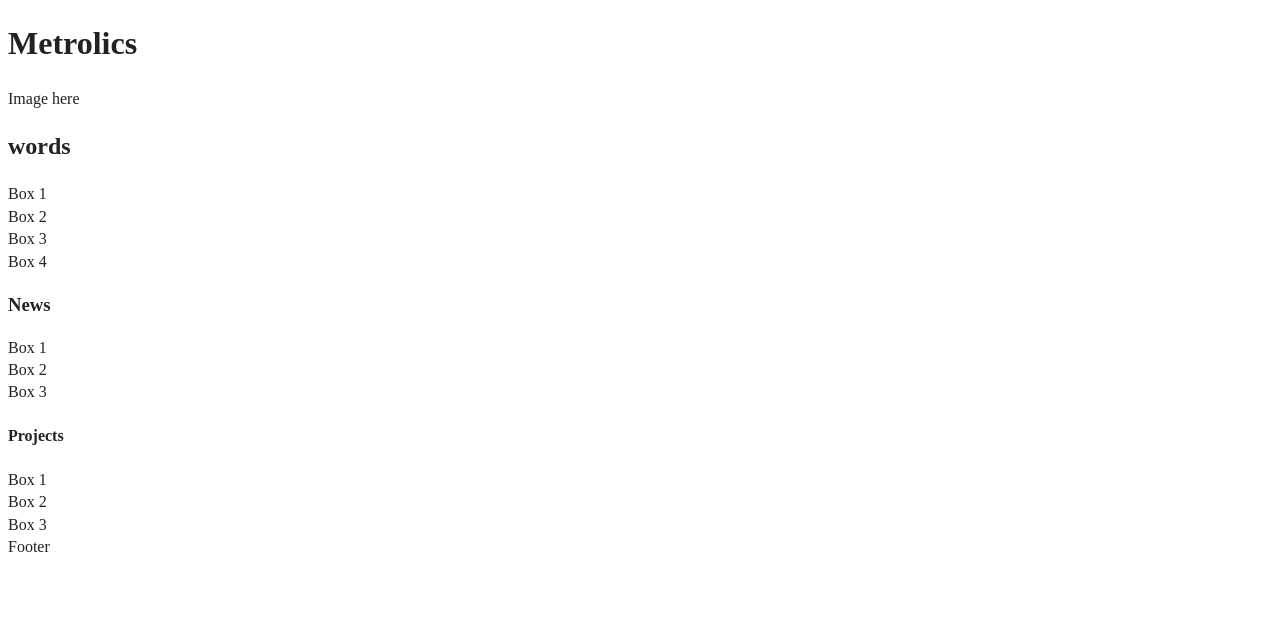
Repository: Jennica1/HTML_Structure
Page: index.html
An editor plug-in stored every save of this project. The page is shown before and after the next save, followed by the edit.
The browser window is 1280 px wide. The pictures show the whole page.

Above is the page before, as saved 2024-01-24 17:48:46.

After the next save:
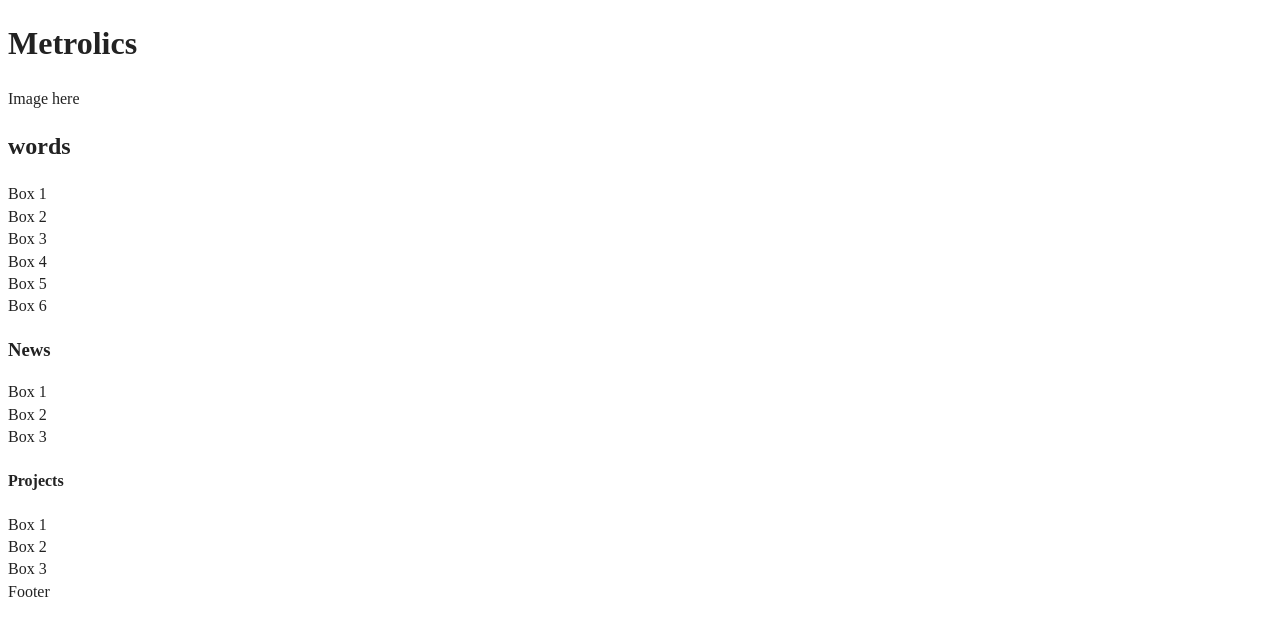
Saved 116 s later.
--- a/index.html
+++ b/index.html
@@ -39,7 +39,7 @@
             <h2>words</h2>
               <div class="content-container box">
                Box 1
-              </div>
+                </div>
                 <div class="content-container box">
                   Box 2
                 </div>
@@ -49,6 +49,12 @@
                     <div class="content-container box">
                       Box 4
                     </div>
+                    <div class="content-container box">
+                      Box 5
+                     </div>
+                       <div class="content-container box">
+                         Box 6
+
           </div>
         </div>
       </div>

After the 6 saves that followed:
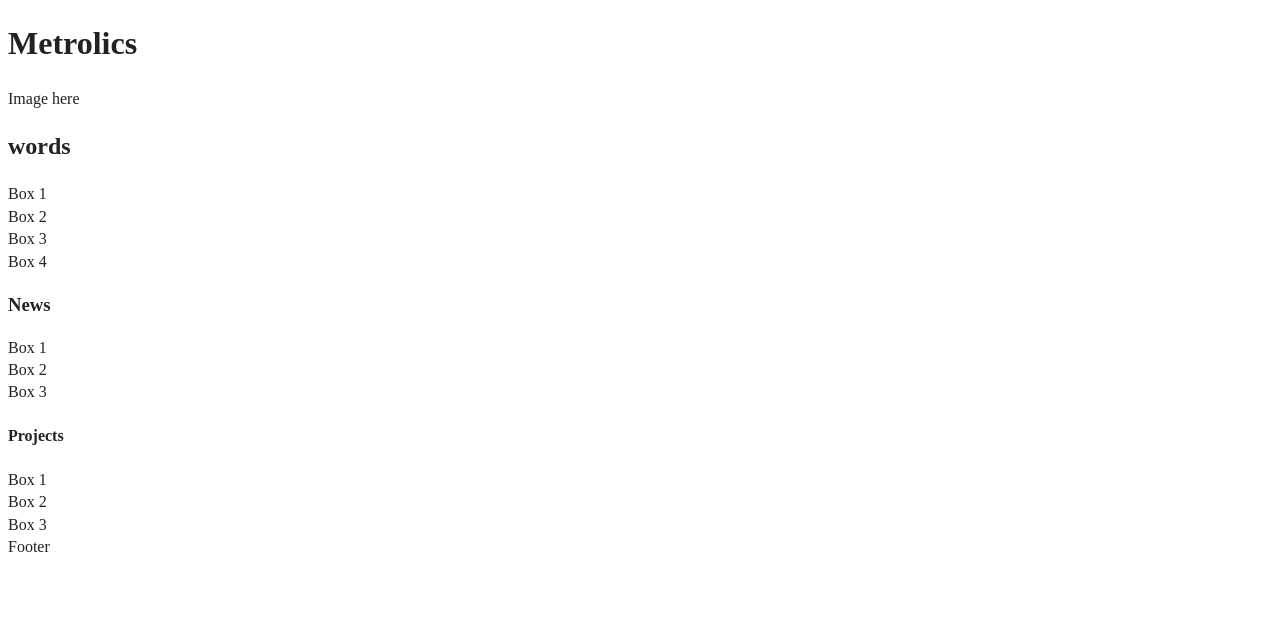
The 6 saves are shown as one change because 5 left the picture as it was.
The last was saved 2 min 30 s later.
--- a/index.html
+++ b/index.html
@@ -39,7 +39,7 @@
             <h2>words</h2>
               <div class="content-container box">
                Box 1
-                </div>
+              </div>
                 <div class="content-container box">
                   Box 2
                 </div>
@@ -49,11 +49,6 @@
                     <div class="content-container box">
                       Box 4
                     </div>
-                    <div class="content-container box">
-                      Box 5
-                     </div>
-                       <div class="content-container box">
-                         Box 6
 
           </div>
         </div>
